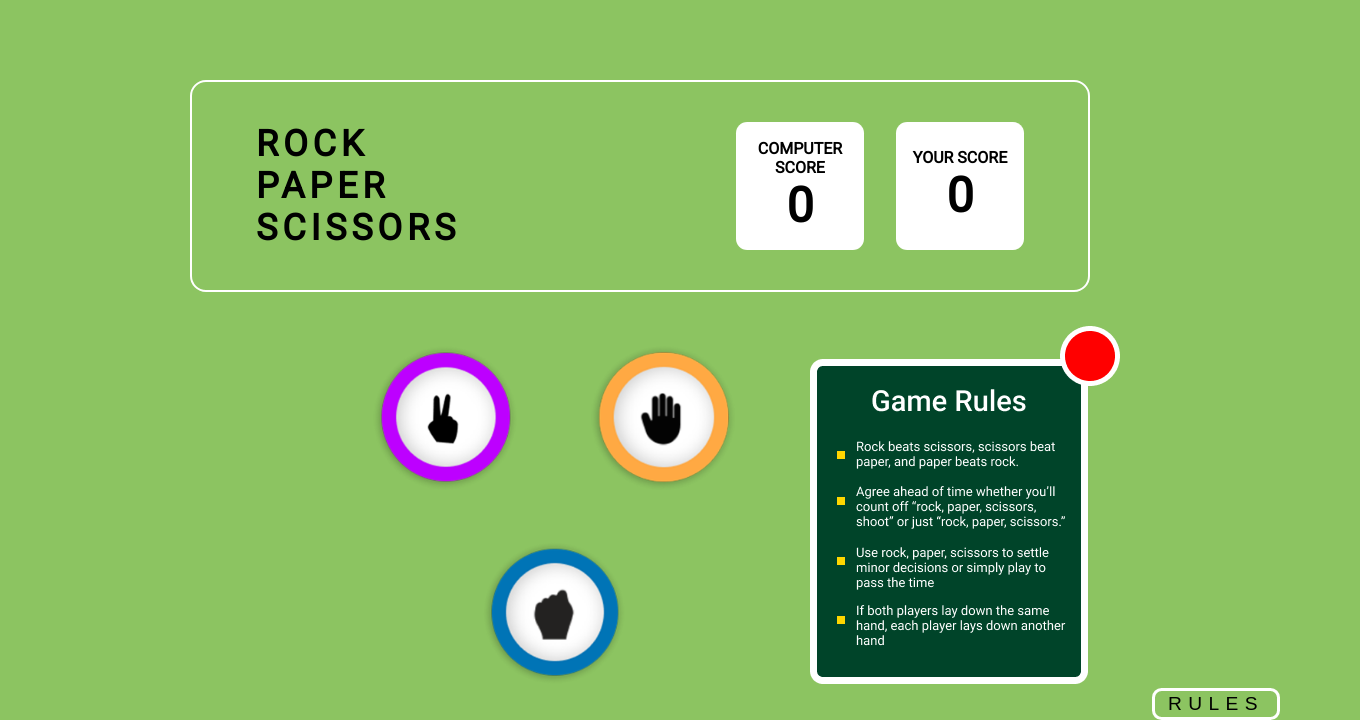
Repository: drumsmanku/Major-module-project-1
Page: index.html
These files come from the project's save history. The page is drawn as it stood at one moment and after the next save; the edit follows.
The browser window is 1280 px wide. The page is 1280 px wide, then 1360 px, then 1280 px, so the pictures cover 1360 px, including what lies to the right of the window. The pictures show the whole page.

Above is the page before, as saved 2023-04-27 22:19:28.

### index.html
<!DOCTYPE html>
<html lang="en">
<head>
  <meta charset="UTF-8">
  <meta http-equiv="X-UA-Compatible" content="IE=edge">
  <meta name="viewport" content="width=device-width, initial-scale=1.0">
  <link rel="stylesheet" href="styles.css">
  <title>Module Project 1 </title>
</head>
<body>
  <div class="main-container">
    <div class="first-container">
      <div class="text">
        <h1>ROCK PAPER SCISSORS</h1>
      </div>
      <div class="two-boxes">
        <div class="computer-score">
          <h4>COMPUTER SCORE</h4>
          <h1>0</h1>
        </div>
        <div class="your-score">
          <h4>YOUR SCORE</h4>
          <h1>0</h1>
        </div>
      </div>

    </div>

    <div class="second-main-container">
      <div class="second-first-main-container">
        <div class="two-buttons">
          <button class="btn-2"><img src="2.png" alt=""></button>
          <button class="btn-3"><img src="3.png" alt=""></button>
        </div>
        <button class="btn-1"> <img src="1.png" alt=""></button>
      </div>
      <div class="second-second-main-container">
        <div class="img-container">
          <img id="rules-img" src="4.png" alt="">
          <button id="my-btn"><img src="x.png" alt=""></button>
        </div>


      </div>

    </div>
    <div class="bottom-btn"><button id="rule-btn">RULES</button></div>

  </div>

  <script src="script.js"></script>
</body>
</html>

### styles.css
@import url('https://fonts.googleapis.com/css2?family=Roboto&display=swap');

*{
  padding: 0;
  margin: 0;
}

body{
  background-color: #8CC461;
}
.main-container{
  display: flex;
  flex-direction: column;
  align-items: center;
}
.first-container{
  height: 5rem;
  width: 60vw;
  border: 2px solid white;
  background: none;
  border-radius: 1rem;
  padding: 4rem;
  display: flex;
  flex-direction: row;
  align-items: center;
  justify-content: space-between;
  margin-top: 5rem;
}
.text{
  height: inherit;
  width: 20%;
  display: flex;
  flex-wrap: wrap;
  flex-direction: column;
  font-family: 'Roboto';
  letter-spacing: 0.3rem;
  font-size: large;
  justify-content: center;
  align-items: center;
}

.computer-score{
  display: flex;
  flex-direction: column;
  height: 8rem;
  width: 8rem;
  flex-wrap: wrap;
  font-family: 'Roboto';
  justify-content: center;
  align-items: center;
  background-color: white;
  text-align: center;
  border-radius: 0.7rem;
}
.computer-score>h1{
  font-weight: 800;
  font-size: 3rem;
}
.your-score{
  display: flex;
  flex-direction: column;
  height: 8rem;
  width: 8rem;
  flex-wrap: wrap;
  font-family: 'Roboto';
  justify-content: center;
  align-items: center;
  background-color: white;
  text-align: center;
  border-radius: 0.7rem;
  margin-left: 2rem;
}
.your-score>h1{
  font-weight: 800;
  font-size: 3rem;
}
.two-boxes{
  display: flex;
  flex-direction: row;
  justify-content: space-between;
}
.second-main-container{
  display: flex;
  flex-direction: row;
  justify-content: flex-end;
  width: 100vw;
}
.second-first-main-container{
  display: flex;
  flex-direction: column;
  justify-content: flex-end;
  align-items: center;
  height: 55vh;
  width: 40vw;
}
.two-buttons{
  width: inherit;
  display: flex;
  flex-direction: row;
  justify-content: space-evenly;
  margin-bottom: 3rem;
}
.btn-1{
  background: none;
  border:none;
  cursor: pointer;
}
.btn-2{
  background: none;
  border:none;
  cursor: pointer;
}
.btn-3{
  background: none;
  border:none;
  cursor: pointer;
}
.second-first-main-container img{
  width: 9rem;
}

.second-second-main-container{
  display: flex;
  align-items: flex-end;
  margin-right: 12rem;
}
.second-second-main-container .img-container button{
  background: none;
  border: none;
  cursor: pointer;
  z-index: 999;
  position: absolute;
  top: -10%;
  left: 90%;
  bottom: 21rem;
}
.img-container{
  position: relative;
  display: inline-block;
}
#rules-img.disappear{
  animation: close 0.4s ease-in-out forwards;
  transform-origin: top right;
}
@keyframes close{
  from{
    transform: scale(1);
  }
  to{
    transform: scale(0);
  }
}

#rule-btn{
  background: none;
  border: 3px solid white;
  border-radius: 0.6rem;
  height: 2rem;
  width: 8rem;
  font-size:1.2rem;
  letter-spacing: 0.4rem;
}
.bottom-btn{
  width: 100vw;
  display: flex;
  justify-content: flex-end;
}

### script.js
const myimg=document.querySelector("#rules-img");
const closebtn=document.querySelector("#my-btn");

closebtn.addEventListener("click", ()=>{
  myimg.classList.add("disappear");
});

console.log("hello")

After the next save:
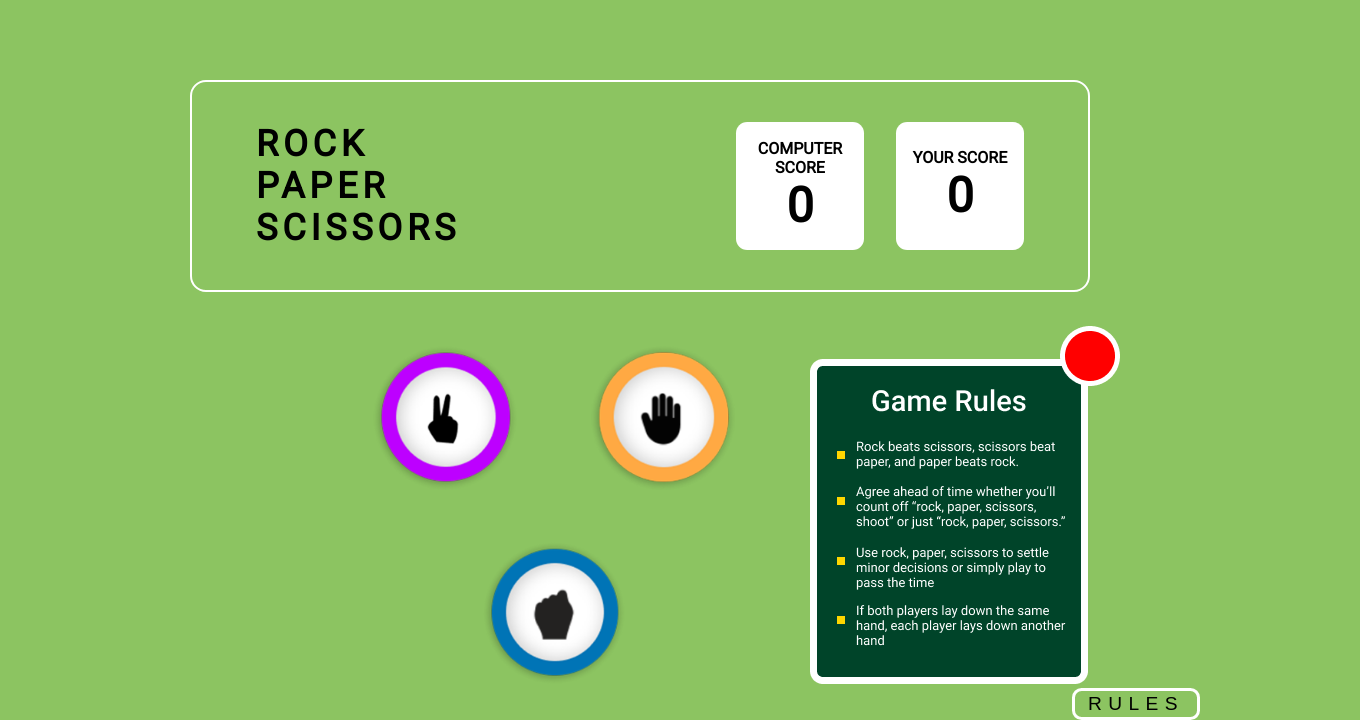
Saved 2 min 11 s later.
--- a/styles.css
+++ b/styles.css
@@ -164,4 +164,5 @@
   width: 100vw;
   display: flex;
   justify-content: flex-end;
+  padding-right: 10rem;
 }

After the save that followed:
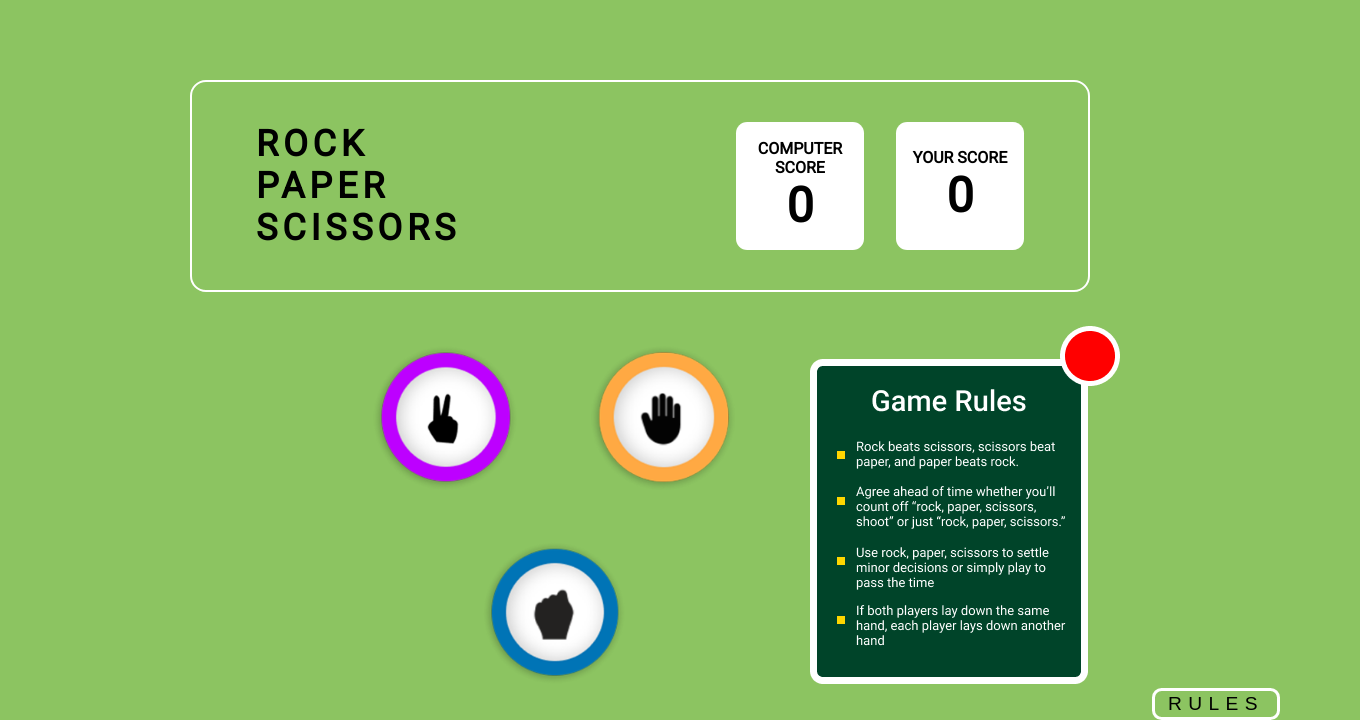
Saved 27 s later.
--- a/styles.css
+++ b/styles.css
@@ -164,5 +164,8 @@
   width: 100vw;
   display: flex;
   justify-content: flex-end;
-  padding-right: 10rem;
+
 }
+..bottom-btn button{
+  margin-right: 10rem;
+}
